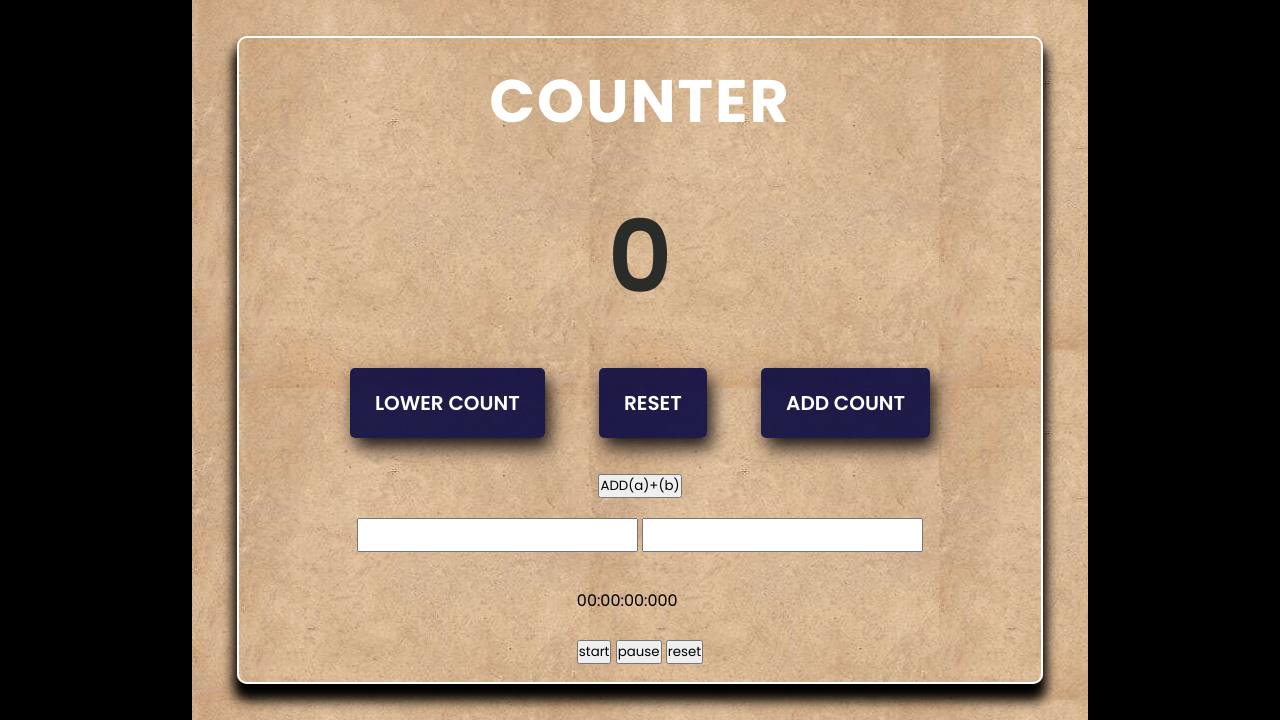
Repository: ArusyakAghajanyan/Counter
Page: index.html
These files come from the project's save history. The page is drawn as it stood at one moment and after the next save; the edit follows.
The browser window is 1280 px wide. The pictures show the whole page.

Above is the page before, as saved 2022-02-15 01:25:10.

After the next save:
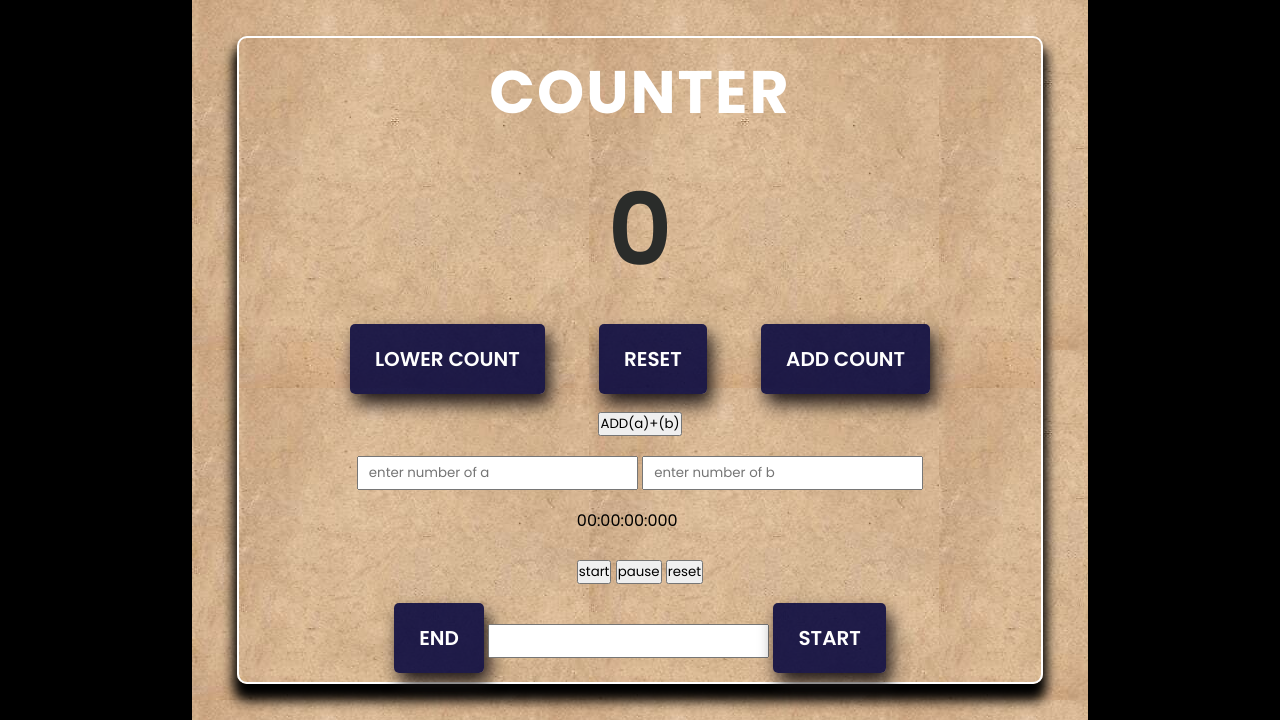
Saved 23 h 48 min later.
--- a/index.html
+++ b/index.html
@@ -9,40 +9,42 @@
   </head>
   <body>
     <div class="body">
-        <div class="parent">
-            <div class="main">
-                <div class="countText">
-                    <h1>COUNTER</h1>
-                </div>
-                <div class="number">
-                    <p id="num">0</p>
-                </div>
-                <div class="options">
-                    <button class="leftButton">LOWER COUNT</button>
-                    <button class="centerButton">RESET</button>
-                    <button class="rightButton">ADD COUNT</button>
-                </div>
-                <div class="addABParent">
-                    <button class="addAB">ADD(a)+(b)</button>
-                    <input type="number" id="inputNum1"><span class="plyus"></span>
-                    <input type="number" id="inputNum2"><span class="equals"></span>
-                    <span id="valueOfSum"></span>
-                </div>
-                <form name="form_main">
-                    <div>
+      <div class="parent">
+          <div class="main">
+              <div class="countText">
+                  <h1>COUNTER</h1>
+              </div>
+              <div class="number">
+                  <p id="num">0</p>
+              </div>
+              <div class="options">
+                  <button class="leftButton">LOWER COUNT</button>
+                  <button class="centerButton">RESET</button>
+                  <button class="rightButton">ADD COUNT</button>
+              </div>
+              <div class="addABParent">
+                  <button class="addAB">ADD(a)+(b)</button>
+                  <input type="number" id="inputNum1" placeholder="enter number of a"><span class="plyus"></span>
+                  <input type="number" id="inputNum2" placeholder="enter number of b"><span class="equals"></span>
+                  <span id="valueOfSum"></span>
+              </div>
+              <form name="form_main">
+                  <div>
                       <span id="hour">00</span>:<span id="minute">00</span>:<span id="second">00</span>:<span id="millisecond">000</span>
-                    </div>
-
-                    <br />
-
-                    <button type="button" name="start">start</button>
-                    <button type="button" name="pause">pause</button>
-                    <button type="button" name="reset">reset</button>
-                  </form>
-
-            </div>
-        </div>
-    </div>
+                  </div>
+                  <br />
+                  <button type="button" name="start">start</button>
+                  <button type="button" name="pause">pause</button>
+                  <button type="button" name="reset">reset</button>
+              </form>
+              <div class="options">
+                  <button class="fibonLeft">END</button>
+                  <input id="inputNumFibo">
+                  <button class="fibonRight">START</button>
+              </div>
+          </div>
+      </div>
+  </div>
     <script src="./script.js"></script>
   </body>
 </html>
